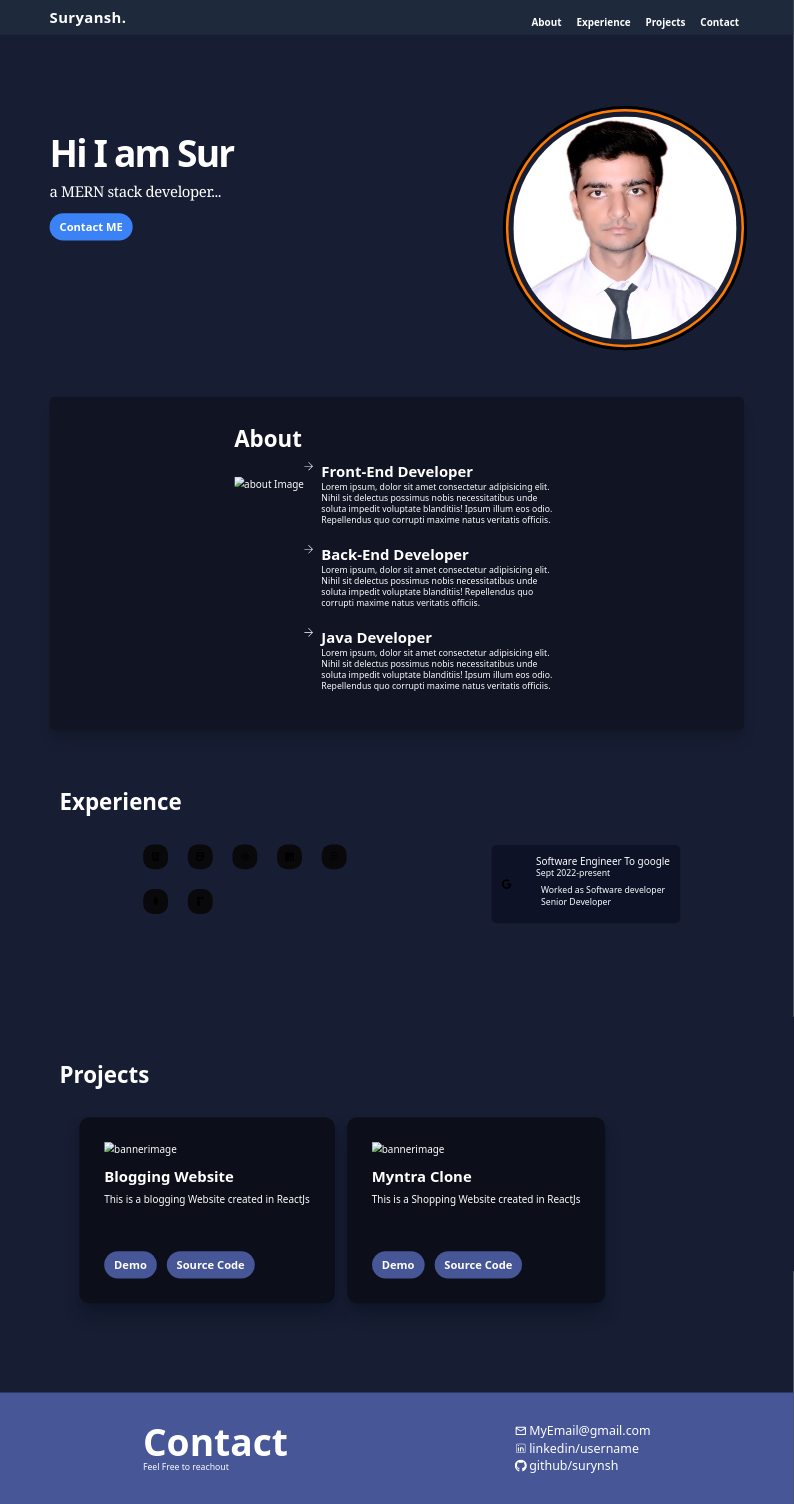
Repository: suryanshsingh99181/portfolio
Page: /
These files come from the project's save history. The page is drawn as it stood at one moment and after the next save; the edit follows.
The browser window is 1280 px wide. The pictures show the whole page, at 62% of full size.
The project was rebuilt for these pictures with package versions that can differ from the ones it lists, and the page was loaded fresh each time. Also part of the build but not shown: vite.config.js.

Above is the page before, as saved 2024-08-22 09:01:47.

### src/main.jsx
import { StrictMode } from "react";
import { createRoot } from "react-dom/client";
import App from "./App.jsx";
import "./index.css";
import { BrowserRouter, Router } from "react-router-dom";

createRoot(document.getElementById("root")).render(
  <StrictMode>
    <App />
  </StrictMode>
);

### src/App.jsx
import About from "./Components/about/About";
import Experience from "./Components/experience/Experience";
import Footer from "./Components/footer/Footer";
import Home from "./Components/home/Home";
import Navbar from "./Components/navbar/Navbar";
import Projects from "./Components/Projects/Projects";
import "./index.css";

function App() {
  return (
    <div className="bg-[#171d32] h-auto w-full overflow-hidden">
      <Navbar></Navbar>
      <Home></Home>
      <About></About>
      <Experience></Experience>
      <Projects></Projects>
      <Footer></Footer>
    </div>
  );
}

export default App;

### src/Components/about/About.jsx
import { InboxArrowDownIcon } from "@heroicons/react/16/solid";
import { TfiArrowRight } from "react-icons/tfi";

const About = () => {
  return (
    <div
      id="About"
      className="text-white md:flex overflow-hidden items-center md:flex-wrap md:justify-center bg-black shadow-xl mx-0 md:mx-20 bg-opacity-30 rounded-lg p-12"
    >
      <div>
        <h2 className="text-2xl md:text-4xl font-bold">About</h2>
        <div className="md:flex flex-wrap flex-col md:flex-row items-center">
          <img className="md:h-80" src={""} alt="about Image" />
          <ul>
            <div className="flex gap-3 py-4">
              <TfiArrowRight />
              <span className="w-96">
                <h1 className="text-xl md:text-2xl font-semibold leading-normal">
                  {" "}
                  Front-End Developer
                </h1>
                <p className="text-sm md:text-md leading-tight">
                  {" "}
                  Lorem ipsum, dolor sit amet consectetur adipisicing elit.
                  Nihil sit delectus possimus nobis necessitatibus unde soluta
                  impedit voluptate blanditiis! Ipsum illum eos odio.
                  Repellendus quo corrupti maxime natus veritatis officiis.
                </p>
              </span>
            </div>
            <div className="flex gap-3 py-4">
              <TfiArrowRight />
              <span className="w-96">
                <h1 className="text-xl md:text-2xl font-semibold leading-normal">
                  {" "}
                  Back-End Developer
                </h1>
                <p className="text-sm md:text-md leading-tight">
                  {" "}
                  Lorem ipsum, dolor sit amet consectetur adipisicing elit.
                  Nihil sit delectus possimus nobis necessitatibus unde soluta
                  impedit voluptate blanditiis! Repellendus quo corrupti maxime
                  natus veritatis officiis.
                </p>
              </span>
            </div>
            <div className="flex gap-3 py-4">
              <TfiArrowRight />
              <span className="w-96">
                <h1 className="text-xl md:text-2xl font-semibold leading-normal">
                  {" "}
                  Java Developer
                </h1>
                <p className="text-sm md:text-md leading-tight">
                  {" "}
                  Lorem ipsum, dolor sit amet consectetur adipisicing elit.
                  Nihil sit delectus possimus nobis necessitatibus unde soluta
                  impedit voluptate blanditiis! Ipsum illum eos odio.
                  Repellendus quo corrupti maxime natus veritatis officiis.
                </p>
              </span>
            </div>
          </ul>
        </div>
      </div>
    </div>
  );
};

export default About;

### src/Components/experience/Experience.jsx
import {
  FaCss3,
  FaFigma,
  FaGoogle,
  FaHtml5,
  FaJs,
  FaReact,
} from "react-icons/fa";
import { SiMongodb, SiRadixui } from "react-icons/si";

const Experience = () => {
  return (
    <div id="Experience" className="p-10 md:p-24">
      <h1 className="text-2xl md:text-4xl text-white font-bold">Experience</h1>
      <div className="flex flex-wrap items-center justify-around">
        <div className="flex flex-wrap md:w-2/5 gap-8 md:p-12 py-10">
          <span className="p-3 bg-zinc-950 flex items-center rounded-2xl ">
            <FaHtml5 />
          </span>
          <span className="p-3 bg-zinc-950 flex items-center rounded-2xl ">
            <FaCss3 />
          </span>
          <span className="p-3 bg-zinc-950 flex items-center rounded-2xl ">
            <FaReact />
          </span>
          <span className="p-3 bg-zinc-950 flex items-center rounded-2xl ">
            <FaJs />
          </span>
          <span className="p-3 bg-zinc-950 flex items-center rounded-2xl ">
            <FaFigma />
          </span>
          <span className="p-3 bg-zinc-950 flex items-center rounded-2xl ">
            <SiMongodb />
          </span>
          <span className="p-3 bg-zinc-950 flex items-center rounded-2xl ">
            <SiRadixui />
          </span>
        </div>
        <div className="flex gap-10 bg-slate-950 bg-opacity-45 mt-4 rounded-lg p-4 items-center">
          <FaGoogle />
          <span className="text-white">
            <h2 className=" leading-tight ">Software Engineer To google</h2>
            <p className="text-sm leading-tight font-thin">Sept 2022-present</p>
            <ul className="text-sm p-2">
              <li>Worked as Software developer</li>
              <li>Senior Developer</li>
            </ul>
          </span>
        </div>
      </div>
    </div>
  );
};

export default Experience;

### src/Components/footer/Footer.jsx
import { CiLinkedin } from "react-icons/ci";
import { FaGithub } from "react-icons/fa";
import { MdOutlineEmail } from "react-icons/md";

const Footer = () => {
  return (
    <div
      id="Contact"
      className="flex justify-around bg-[#465697] text-white p-10 md:p-12 items-center"
    >
      <div>
        <h1 className="text-2xl md:text-6xl font-bold">Contact</h1>
        <h3 className="text-2xl md:text-sm font-normal ">
          Feel Free to reachout
        </h3>
      </div>
      <ul className="text-sm md:text-xl">
        <li className="flex gap-1 items-center">
          <MdOutlineEmail />
          MyEmail@gmail.com
        </li>
        <li className="flex gap-1 items-center">
          <CiLinkedin />
          linkedin/username
        </li>
        <li className="flex gap-1 items-center">
          <FaGithub />
          github/surynsh
        </li>
      </ul>
    </div>
  );
};

export default Footer;
<div></div>;

### src/Components/home/Home.jsx
import React from "react";
import image from "../../assets/suryansh.jpg";
import TextChanger from "../../TextChanger";

const Home = () => {
  return (
    <div className="text-white flex w-full justify-between items-start p-10 md:p-20 mt-10">
      <div className="md:w-2/4 md:pt-10">
        <h1 className="text-3xl md:text-6xl font-bold flex leading-normal tracking-tighter ">
          <TextChanger />
        </h1>
        <p className="text-sm md:text-2xl leading-tight tracking-tight font-serif mt-4">
          a MERN stack developer...
        </p>
        <button className=" bg-blue-500 mt-5 md:md-10 text-white py-2 px-3 text-sm md:text-lg md:px-4 hover:opacity-85 duration-300 hover:scale-105 font-semibold rounded-3xl bg-[#46]">
          Contact ME
        </button>
      </div>
      <div>
        <img
          className="h-96 w-96 rounded-full object-cover object-center p-2 border-4 border-[#FF7C00] shadow-[0_0_0_5px_rgba(0,0,0,1)]"
          src={image}
          alt=""
        />
      </div>
    </div>
  );
};

export default Home;

### src/Components/navbar/Navbar.jsx
import { RiCloseLine, RiMenu3Line } from "@remixicon/react";
import React, { useState } from "react";

const Navbar = () => {
  const [showMenu, setShowMenu] = useState(true);
  const [menu, openMenu] = useState(false);
  return (
    <nav className="flex flex-wrap justify-between md:items-center text-white px-10 md:px-20 bg-slate-800 ">
      <span className="text-2xl font-bold tracking-wide hover:text-cyan-200">
        Suryansh.
      </span>
      <ul
        className={`mx-24  py-2 mt-4 font-semibold md:-5 bg-black px-2 rounded-xl bg-opacity-30 md:border-none text-center md:bg-transparent md:static md:mx-0 md:flex gap-6 ${
          menu ? "block" : "hidden"
        }`}
      >
        <a href="#About">
          <li className="text-md transition-all duration-500 p-1 md:p-0 hover:text-cyan-200 hover:underline ">
            About
          </li>
        </a>
        <a href="#Experience">
          <li className="text-md transition-all duration-300 p-1 md:p-0 hover:text-cyan-200 hover:underline">
            Experience
          </li>
        </a>
        <a href="#Projects">
          <li className="text-md transition-all duration-300 p-1 md:p-0 hover:text-cyan-200 hover:underline">
            Projects
          </li>
        </a>
        <a href="#Contact">
          <li className="text-md transition-all duration-300 p-1 md:p-0 hover:text-cyan-200 hover:underline">
            Contact
          </li>
        </a>
      </ul>
      {showMenu ? (
        <RiMenu3Line
          size={30}
          className="md:hidden absolute right-10 top-6 transition-all duration-300"
          onClick={() => {
            openMenu(!menu);
            setShowMenu(!showMenu);
          }}
        />
      ) : (
        <RiCloseLine
          size={30}
          className="md:hidden absolute right-10 top-6 transition-all duration-300"
          onClick={() => {
            openMenu(!menu);
            setShowMenu(!showMenu);
          }}
        />
      )}
    </nav>
  );
};

export default Navbar;

### src/Components/Projects/Projects.jsx
import ProjectCard from "./ProjectCard";

const Projects = () => {
  return (
    <div id="Projects" className="p-10 md:p-24 text-white">
      <h1 className="text-2xl md:text-4xl text-white font-bold">Projects</h1>
      <div className="py-12 px-8 flex flex-wrap gap-5">
        <ProjectCard
          title="Blogging Website"
          main="This is a blogging Website created in ReactJs"
        />
        <ProjectCard
          title="Myntra Clone"
          main="This is a Shopping Website created in ReactJs"
        />
      </div>
    </div>
  );
};

export default Projects;

### src/TextChanger.jsx
import { useState, useEffect } from "react";

const TextChanger = () => {
  const texts = ["Hi I am Suryansh", "Hi I am Suryansh", "Hi I am Suryansh"];
  const [currentText, setCurrentText] = useState("");
  const [endValue, setEndValue] = useState(true);
  const [isForward, setIsForward] = useState(true);
  const [index, setIndex] = useState(0);

  useEffect(() => {
    const intervalId = setInterval(() => {
      setCurrentText(texts[index].substring(0, endValue));
      if (isForward) {
        setEndValue((prev) => prev + 1);
      } else {
        setEndValue((prev) => prev - 1);
      }
      if (endValue > texts[index].length + 10) {
        setIsForward(false);
      }
      if (endValue < 2.1) {
        setIsForward(true);
        setIndex((prev) => prev & texts.length);
      }
    }, 50);
    return () => clearInterval(intervalId);
  }, [endValue, isForward, index, texts]);
  return <div className="transition ease duration-300">{currentText}</div>;
};

export default TextChanger;

### src/Components/Projects/ProjectCard.jsx
const ProjectCard = ({ title, main }) => {
  return (
    <div className="p-3 md:p-6 flex flex-col bg-[#0c0e19] shadow-xl shadow-slate-900 rounded-2xl">
      <img className="p-4" src={""} alt="bannerimage" />
      <h3 className="px-4 text-xl md:text-2xl font-bold leading-normal">
        {title}
      </h3>
      <p className="px-4 text-sm md:text-base leading-tight py-2">{main}</p>
      <div className="mt-2 p-2 md:p-4 flex gap-2 md:gap-4 ">
        <button className="md:mt-10 text-white py-2 px-3 text-sm md:text-lg md:py-2 md:px-4 hover:opacity-85 duration-300 hover:scale-105 font-semibold rounded-3xl bg-[#465697]">
          Demo
        </button>
        <button className="md:mt-10 text-white py-2 px-3 text-sm md:text-lg md:py-2 md:px-4 hover:opacity-85 duration-300 hover:scale-105 font-semibold rounded-3xl bg-[#465697]">
          Source Code
        </button>
      </div>
    </div>
  );
};

export default ProjectCard;

Loaded but not shown: index.html (common file); src/index.css (common file); tailwind.config.js (common file)

After the next save:
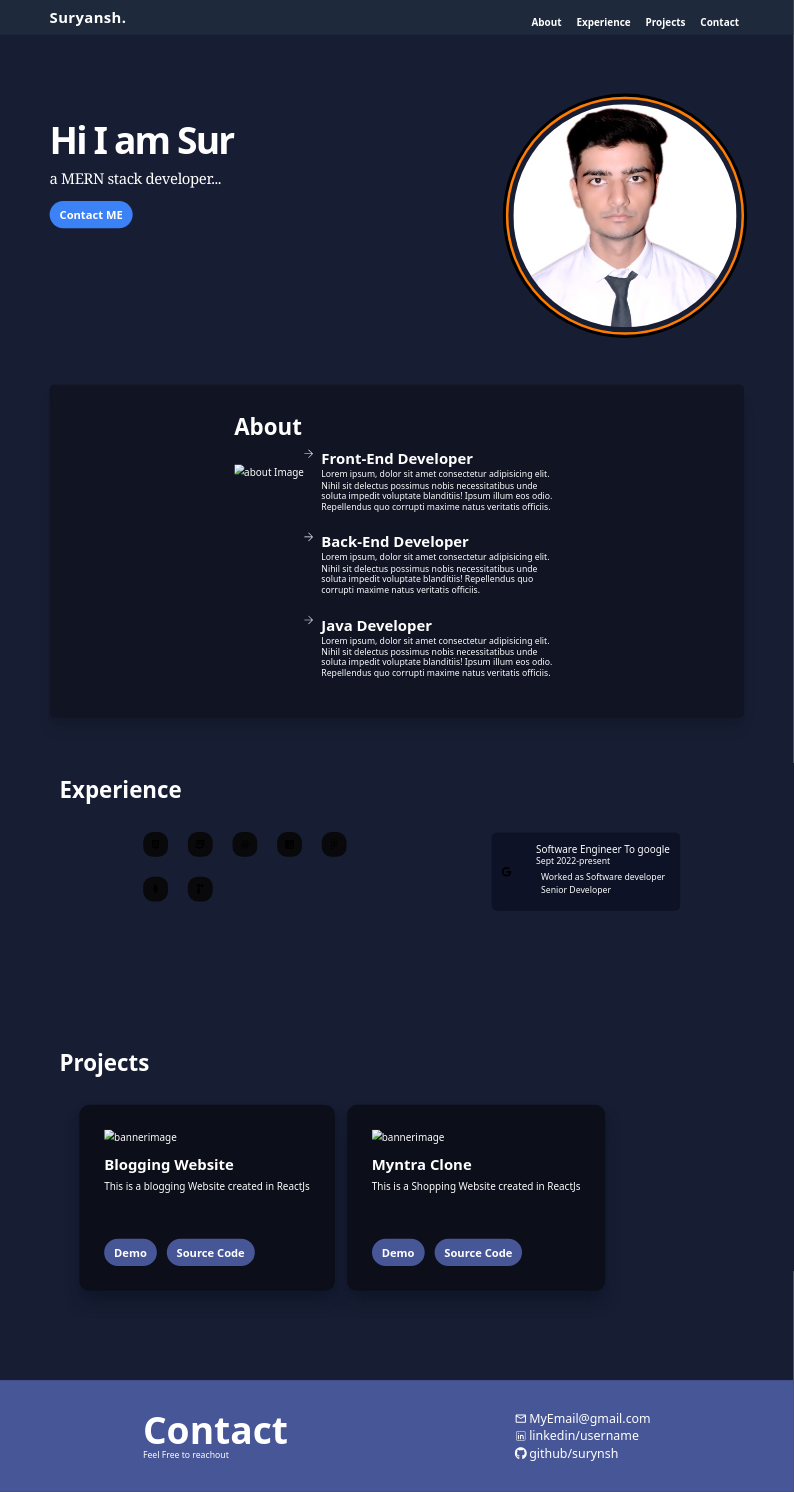
Saved 16 s later.
--- a/src/Components/home/Home.jsx
+++ b/src/Components/home/Home.jsx
@@ -4,7 +4,7 @@
 
 const Home = () => {
   return (
-    <div className="text-white flex w-full justify-between items-start p-10 md:p-20 mt-10">
+    <div className="text-white flex w-full justify-between items-start p-10 md:p-20 mt-5">
       <div className="md:w-2/4 md:pt-10">
         <h1 className="text-3xl md:text-6xl font-bold flex leading-normal tracking-tighter ">
           <TextChanger />
